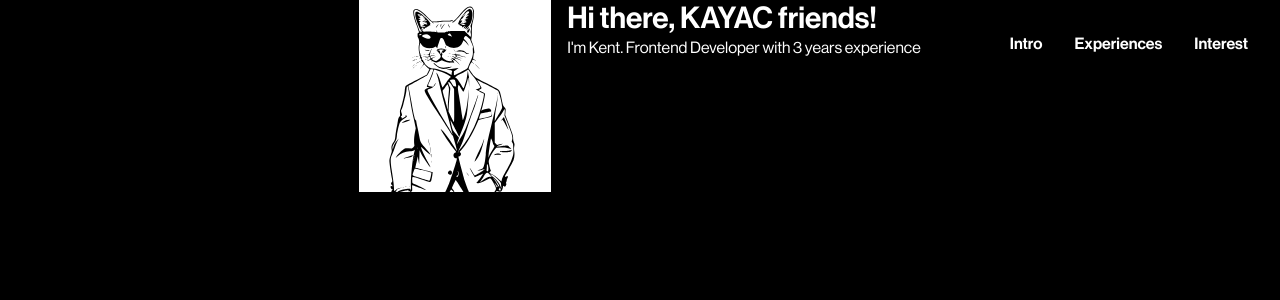
Repository: kentnathaniel/kayac-presentation
Page: /
These files come from the project's save history. The page is drawn as it stood at one moment and after a run of saves; the edit follows.
The browser window is 1280 px wide. The pictures show the whole page.
The project was rebuilt for these pictures with package versions that can differ from the ones it lists, and the page was loaded fresh each time. Also part of the build but not shown: vite.config.ts.

Above is the page before, as saved 2024-09-14 09:21:09.

### src/App.tsx
import SmartCat from "./assets/smart-cat-suits.svg?react";

function App() {
  return (
    <div className="flex flex-col w-screen min-h-screen overflow-x-hidden">
      <nav className="flex w-screen fixed top-0 gap-8 p-8 justify-end">
        <a className="cursor-pointer">Intro</a>
        <a className="cursor-pointer">Experiences</a>
        <a className="cursor-pointer">Interest</a>
      </nav>

      <div className="justify-center mx-auto h-screen ">
        <div className="flex h-fit gap-4">
          <div className="bg-white w-fit">
            <SmartCat className="text-white w-48 h-48" />
          </div>
          <div>
            <h1 className="text-3xl text-left">Hi there, KAYAC friends!</h1>
            <p className="font-thin">
              I'm Kent. Frontend Developer with 3 years experience
            </p>
          </div>
        </div>
      </div>

      {/* <div className="flex flex-col justify-center mx-auto h-screen">
        <h1 className="text-3xl text-left">Experience section</h1>
        <p className="font-thin">Experience section placeholder</p>
      </div>

      <div className="flex flex-col justify-center mx-auto h-screen">
        <h1 className="text-3xl text-left">Interest section</h1>
        <p className="font-thin">Interest section placeholder</p>
      </div> */}
    </div>
  );
}

export default App;

### src/index.css
@tailwind base;
@tailwind components;
@tailwind utilities;

body {
  background-color: black;
  color: white;
}

/* Thin */
@font-face {
  font-family: "Neue-Haas-Grotesk";
  src: url("./assets/fonts/NeueHaasDisplayRoman.ttf") format("truetype");
  font-weight: 300;
  font-style: normal;
}

@font-face {
  font-family: "Neue-Haas-Grotesk";
  src: url("./assets/fonts/NeueHaasDisplayRomanItalic.ttf") format("truetype");
  font-weight: 300;
  font-style: italic;
}

/* Mediums */
@font-face {
  font-family: "Neue-Haas-Grotesk";
  src: url("./assets/fonts/NeueHaasDisplayMedium.ttf") format("truetype");
  font-weight: 400;
  font-style: normal;
}

@font-face {
  font-family: "Neue-Haas-Grotesk";
  src: url("./assets/fonts/NeueHaasDisplayMediumItalic.ttf") format("truetype");
  font-weight: 400;
  font-style: italic;
}

/* Bolds */
@font-face {
  font-family: "Neue-Haas-Grotesk";
  src: url("./assets/fonts/NeueHaasDisplayBold.ttf") format("truetype");
  font-weight: 700;
  font-style: normal;
}

@font-face {
  font-family: "Neue-Haas-Grotesk";
  src: url("./assets/fonts/NeueHaasDisplayBoldItalic.ttf") format("truetype");
  font-weight: 700;
  font-style: italic;
}

body {
  font-family: "Neue-Haas-Grotesk", Arial, Helvetica, sans-serif;
}

### tailwind.config.ts
/** @type {import('tailwindcss').Config} */
export default {
  content: ["./index.html", "./src/**/*.{js,ts,jsx,tsx}"],
  theme: {
    extend: {
      fontFamily: {
        custom: ["Neue-Haas-Grotesk"],
      },
    },
  },
  plugins: [],
};

Loaded but not shown: index.html (common file); src/main.tsx (common file)

After the next 3 saves:
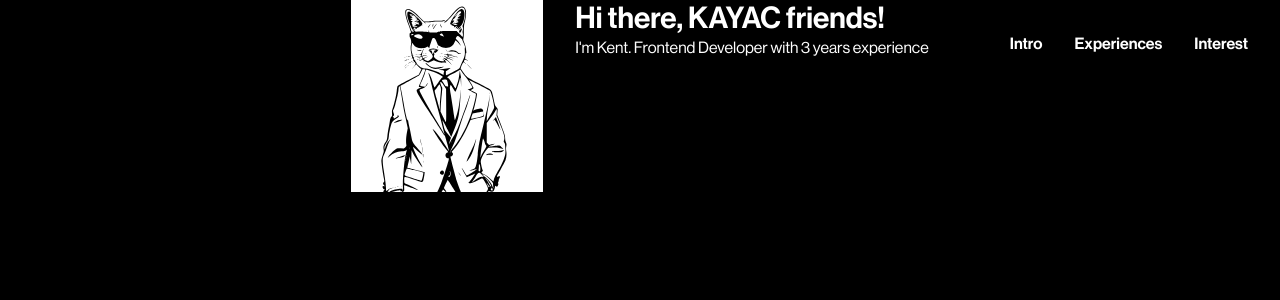
The 3 saves are shown as one change because they came seconds apart.
The last was saved 7 s later.
--- a/src/App.tsx
+++ b/src/App.tsx
@@ -10,7 +10,7 @@ function App() {
       </nav>
 
       <div className="justify-center mx-auto h-screen ">
-        <div className="flex h-fit gap-4">
+        <div className="flex h-fit gap-8">
           <div className="bg-white w-fit">
             <SmartCat className="text-white w-48 h-48" />
           </div>
